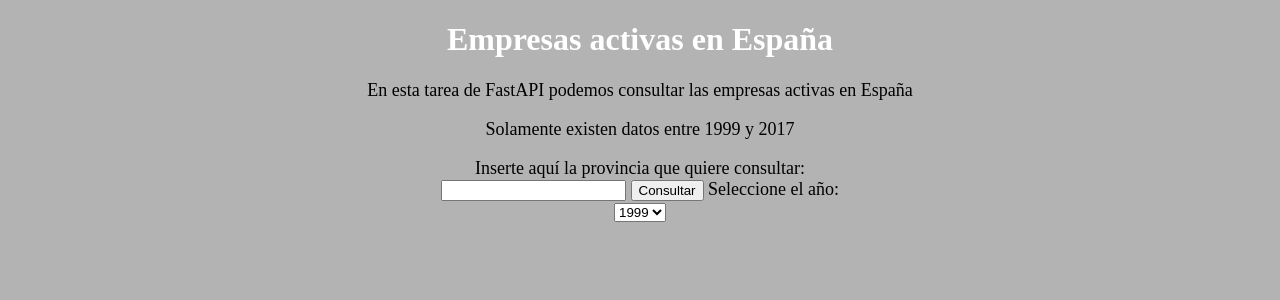
Repository: juanfrancisco164/fastAPI_1
Page: empresasActivas.html
These files come from the project's save history. The page is drawn as it stood at one moment and after the next save; the edit follows.
The browser window is 1280 px wide. The pictures show the whole page.

Above is the page before, as saved 2023-11-10 16:42:06.

### empresasActivas.html
<!DOCTYPE html>
<html lang="en">
<head>
    <meta charset="UTF-8">
    <meta name="viewport" content="width=device-width, initial-scale=1.0">
    <title>Empresas activas en España</title>
    <style>
        body {
            background-color: rgb(179, 179, 179);
            text-align: center;
            color: rgb(0, 0, 0);
        }

        h1 {
            color: rgb(255, 255, 255);
        }

        p {
            font-size: 18px;
        }
    </style>
</head>
<body>
    <h1>Empresas activas en España</h1>
    <p>En esta tarea de FastAPI podemos consultar las empresas activas en España</p>
    <p>Solamente existen datos entre 1999 y 2017</p>

    <p>
        Inserte aquí la provincia que quiere consultar:
        <br>
        <input name="Provincia" id="input_prov">
        <button name="buttonProv" onclick="sendProv()">Consultar</button>
        Seleccione el año:
        <br>
        <select id="selectAño">
            <option value="1999">1999</option>
            <option value="2000">2000</option>
            <option value="2001">2001</option>
            <option value="2002">2002</option>
            <option value="2003">2003</option>
            <option value="2004">2004</option>
            <option value="2005">2005</option>
            <option value="2006">2006</option>
            <option value="2007">2007</option>
            <option value="2008">2008</option>
            <option value="2009">2009</option>
            <option value="2010">2010</option>
            <option value="2011">2011</option>
            <option value="2012">2012</option>
            <option value="2013">2013</option>
            <option value="2014">2014</option>
            <option value="2015">2015</option>
            <option value="2016">2016</option>
            <option value="2017">2017</option>
        </select>
    </p>

    <div id="consulta"></div>

</body>

<script>
    const API_host = "http://127.0.0.1:8000/provincias"

    async function sendProv () {
        const provinciaInput = document.getElementById("input_prov").value;
        const añoSeleccionado = document.getElementById("selectAño").value;

        const json = {
            provincia: provinciaInput
        };

        const response = await fetch(API_host, {
            method: "POST",
            headers: {
                "Content-Type": "application/json",
            },
            body: JSON.stringify(json)
        })

        const data = await response.json()
        console.log(data)

        const filteredData = {
            Texto: data[0].attributes.Texto,
            [`Total_${añoSeleccionado}`]: data[0].attributes[`Total_${añoSeleccionado}`]
        };

        const consultaDiv = document.getElementById("consulta");
        consultaDiv.innerHTML = "";

        for (const key in filteredData) {
            const paragraph = document.createElement("p");
            paragraph.textContent = `${key}: ${filteredData[key]}`;
            consultaDiv.appendChild(paragraph);
        }
    }
</script>
</html>

After the next save:
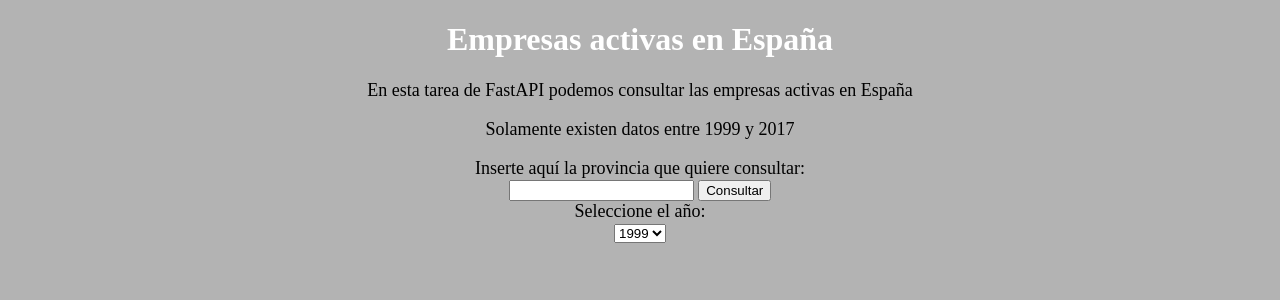
Saved 45 s later.
--- a/empresasActivas.html
+++ b/empresasActivas.html
@@ -30,6 +30,7 @@
         <br>
         <input name="Provincia" id="input_prov">
         <button name="buttonProv" onclick="sendProv()">Consultar</button>
+        <br>
         Seleccione el año:
         <br>
         <select id="selectAño">
